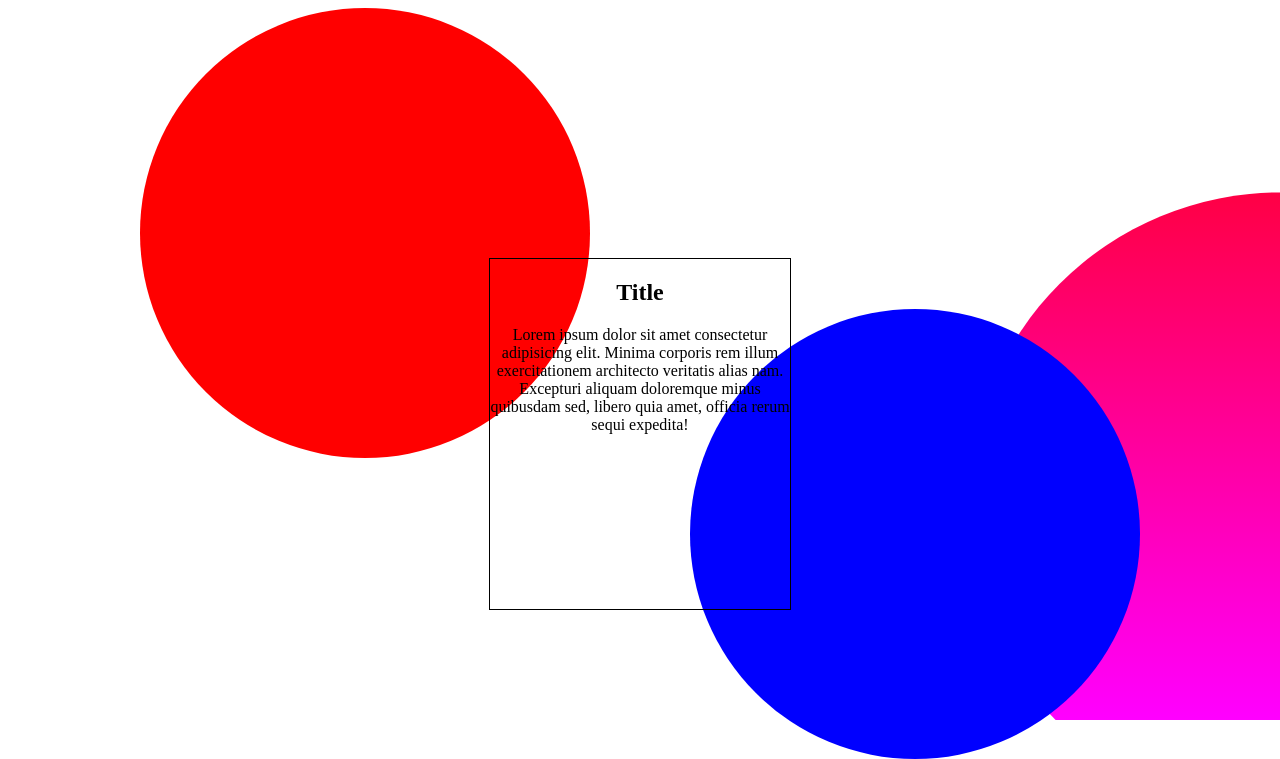
Repository: dovanluyen1996/Test-Git-PR
Page: index.html
An editor plug-in stored every save of this project. The page is shown before and after the next save, followed by the edit.
The browser window is 1280 px wide. The pictures show the whole page.

Above is the page before, as saved 2021-09-06 23:33:00.

After the next save:
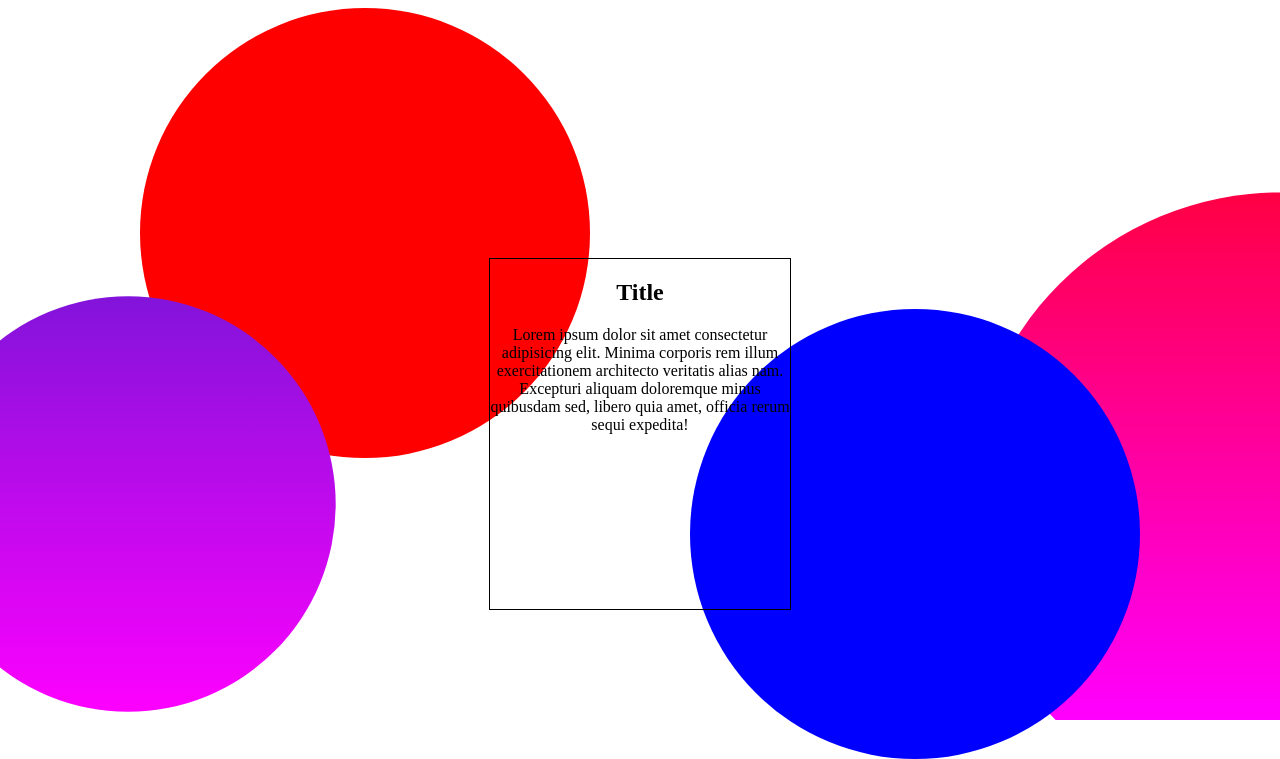
Saved 79 s later.
--- a/css/style.css
+++ b/css/style.css
@@ -9,6 +9,16 @@ body::before {
   height: 100%;
   background: linear-gradient(#f00, #f0f);
   clip-path: circle(30% at right 70%);
+}
+body::after {
+  content: "";
+  position: absolute;
+  top: 0;
+  left: 0;
+  width: 100%;
+  height: 100%;
+  background: linear-gradient(rgb(44, 33, 192), #f0f);
+  clip-path: circle(20% at 10% 70%);
 }
 .container {
   width: 1000px;
